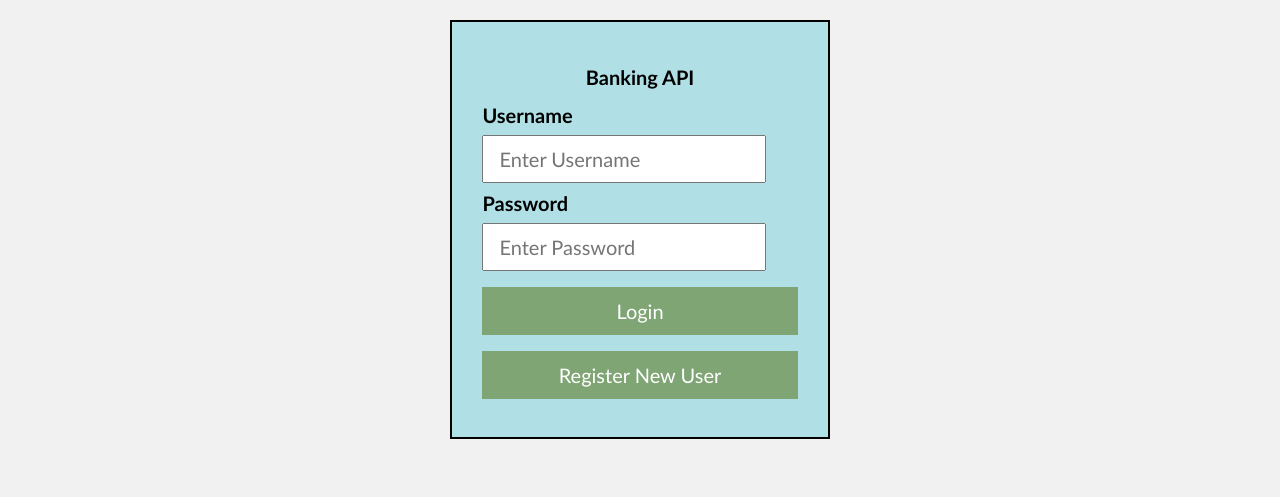
Repository: kennyufish/Revature_ROCP1_Project_Banking_API
Page: banking_api/src/main/webapp/index.html
These files come from the project's save history. The page is drawn as it stood at one moment and after the next save; the edit follows.
The browser window is 1280 px wide. The pictures show the whole page.

Above is the page before, as saved 2020-10-10 22:38:07.

After the next save:
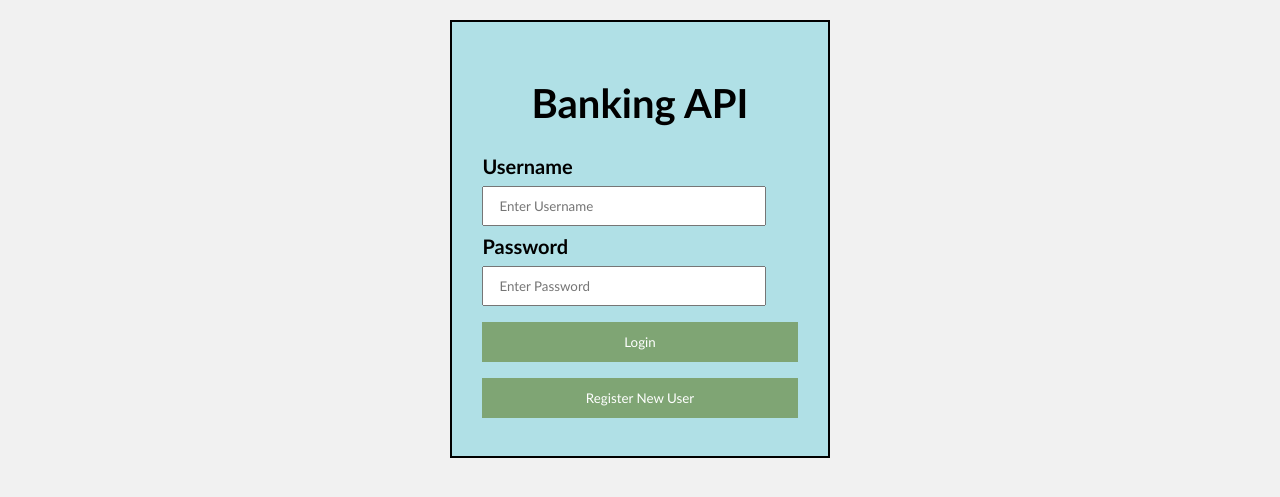
Saved 18 s later.
--- a/banking_api/src/main/webapp/index.html
+++ b/banking_api/src/main/webapp/index.html
@@ -7,7 +7,6 @@
 * {
 	font-family: "Trebuchet MS", Arial, Helvetica, sans-serif;
 	box-sizing: border-box;
-	font-size: 20px;
 }
 .topNoticeGreen {
 	color: black;
